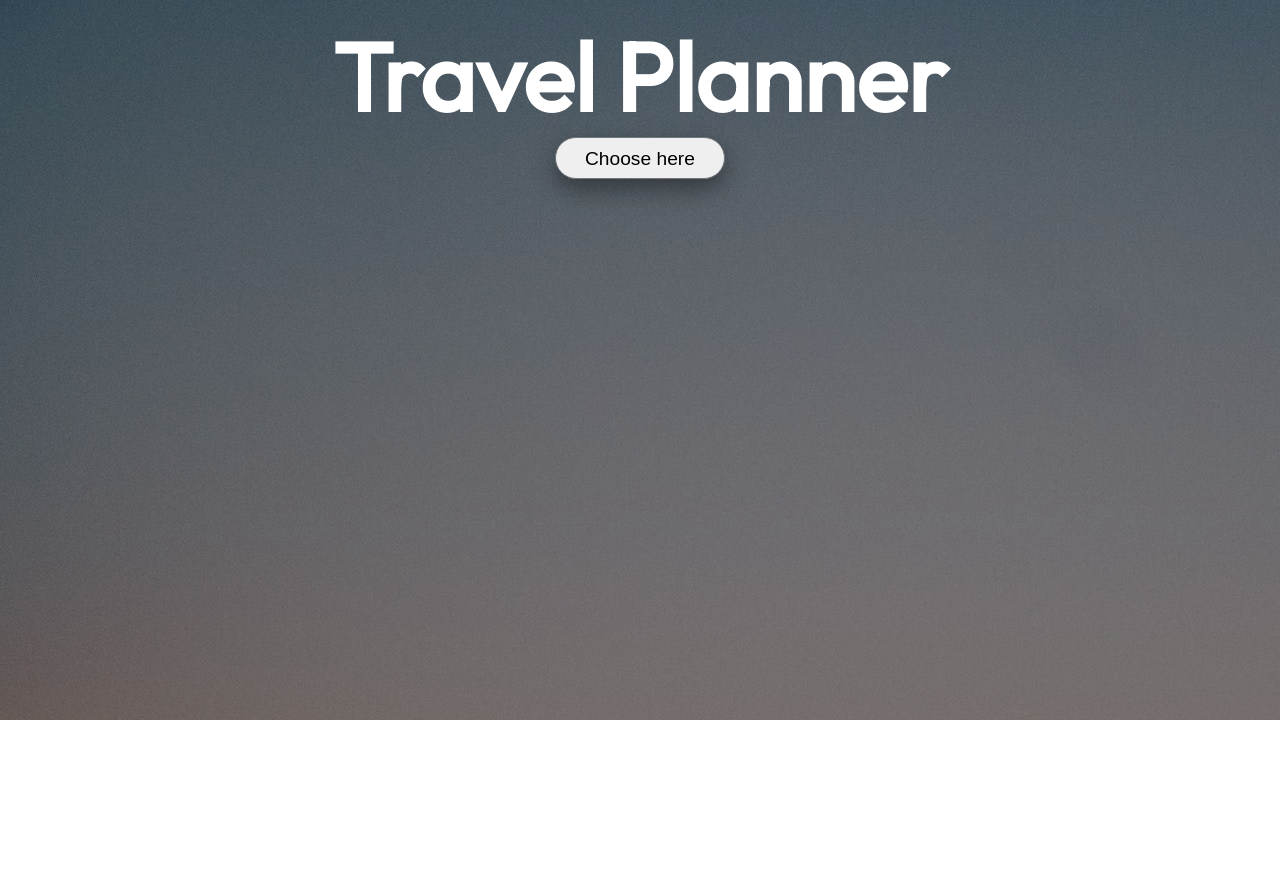
Repository: CPSC2720-LAB-GRP/Travel-Planner
Page: / (app in Travel Planner/client/)
The author's editor kept a copy of each file at every save. The page is drawn from the files as they stood at one save, then again after the next save.
The browser window is 1280 px wide. The pictures show the whole page.
The page's requests for data from a server got no answer. The project was rebuilt for these pictures with package versions that can differ from the ones it lists, and the page was loaded fresh each time. No one was signed in, and anything a server would have sent is missing.

Above is the page before, as saved 2022-08-01 17:29:00.

### Travel Planner/client/src/index.css
@import url('https://fonts.googleapis.com/css2?family=Outfit&display=swap');


* {
  box-sizing: border-box;
  margin: 0;
  padding: 0;
}

body {
  margin: 0;
  font-family: 'Outfit', 'Segoe UI', 'Roboto', 'Oxygen',
    'Ubuntu', 'Cantarell', 'Fira Sans', 'Droid Sans', 'Helvetica Neue',
    sans-serif;
  -webkit-font-smoothing: antialiased;
  -moz-osx-font-smoothing: grayscale;
}

code {
  font-family: source-code-pro, Menlo, Monaco, Consolas, 'Courier New',
    monospace;
}

p {
    font-size: 1.6rem;
}

h1 {
    font-size: 6rem;
}

.app {
    width:100%;
    height: 100vh;
    position: relative;
    background-color: rgba(0, 0, 0, 0.4);
    color: #fff;
}

.app::before {
  content: '';
  background: url('./assets/picture.jpg');
  position: absolute;
  width: 100%;
  height: 100%;
  top: 0;
  left:0;
  z-index: -1;
}

.app .dropdown {
  text-align: center;
  padding: 1rem;
  font-size: 1.2rem;
  border-radius: 25px;
}

select {
  box-shadow: 0 10px 25px rgba(0, 0, 0, 0.4);
  font-size: 1.2rem;
  padding: 0.5em 1.5em;
  border-radius: 25px;
  appearance: none;
}

.app input {
  padding: .7rem 1.5rem;
  font-size: 1.2 rem;
  border-radius: 25px;
}

::placeholder {
  color: #f8f8f8;
}

.container {
  max-width: 700px;
  height: 700px;
  margin: auto;
  padding: 0 1rem;
  position: relative;
  top: 10%;
  display: flex;
  flex-direction: column;
  justify-content: space-between;
}

.app .top {
  width: 100%;
  margin: 1rem auto;
}

.app .bottom {
  display: flex;
  justify-content: space-evenly;
  text-align: center;
  width: 100%;
  margin: 1rem auto;
  padding: 1rem;
  border-radius: 12px;
  background-color: rgba(255, 255, 255, 0.2);
}

.bold {
  font-weight: 700;
}

### Travel Planner/client/src/App.js
import React, { useEffect, useState} from 'react'
import axios from 'axios'

function App() {

  //Location Data and setdata
  const [data, setData] = useState({})

  //location and set location
  const [location, setLocation] = useState(null)

  //call backend API
  useEffect(() => {
    fetch("/api").then(
      response => response.json()
    ).then (
          data => {
            setCities(data.cities)
          }
    )
  }, [])

  //set backend data
  const [cities, setCities] = useState(null);

  //use state for dropdown
  const [value, setValue] = useState(null);

  //set city
  let foundCity = cities&&cities.find(e => e.id === parseInt(value));

  //handle change for dropdown and setting value and city descriptiion
  const handleChange = (e) => {
    const value = (e.target.value);
    setValue(value);

    const foundCity = cities&&cities.find(e => e.id === parseInt(value));

    if (foundCity) {
      console.log(foundCity.name);
      const test = 'https://api.openweathermap.org/data/2.5/weather?q=' + (foundCity.name) +'&appid=26fe08b75a89956ef8e86cf1e40c19a1&units=metric';

      axios.get(test).then((response) => {
        setData(response.data)
      })
    }
  };

  return (
    <div className="app">
            <div className="dropdown">
              <h1 >Travel Planner</h1>
              <div class="custom-select">
                  <select value={value} onChange={handleChange}>
              <option value="" selected disabled hidden>Choose here</option>
                {(!cities) ?(
                <p>Loading...</p>):
                (
                    cities.map((cities, i) => (
                    <option key={i} value={cities.id}>{cities.name}</option>
                ))
                )
              }
              </select>
              </div>
          </div>
          <div className="weatherApp">
            <div className="container">
              <div className="top">
                  <div className="location">
                  <h2>{foundCity && foundCity.name}</h2>
                  </div>
              <div className="temp">
                  {data.main ? <h1>{data.main.temp}°C</h1> :null}
              </div>
              <div className="description">
              <p>{foundCity && foundCity.description}</p>
              </div>
            </div>

              {data.name != undefined &&
                              <div className="bottom">
                              <div className="feels">
                                {data.main ? <p className="bold">{data.main.feels_like}°C</p> : null}
                                  <p>Feels Like</p>
                              </div>
                              <div className="humidity">
                              {data.main ? <p className="bold">{data.main.humidity}%</p> : null}
                            <p>Humidity</p>
                              </div>
                              <div className="wind">
                              {data.main ? <p className="bold">{data.wind.speed}  KMH</p> : null}
                                <p>Wind Speed</p>
                              </div>
                          </div>
              }
            </div>
          </div>
    </div>

  );
}

export default App

Loaded but not shown: Travel Planner/client/public/index.html (common file); Travel Planner/client/src/index.js (common file); Travel Planner/client/src/reportWebVitals.js (common file)

After the next save:
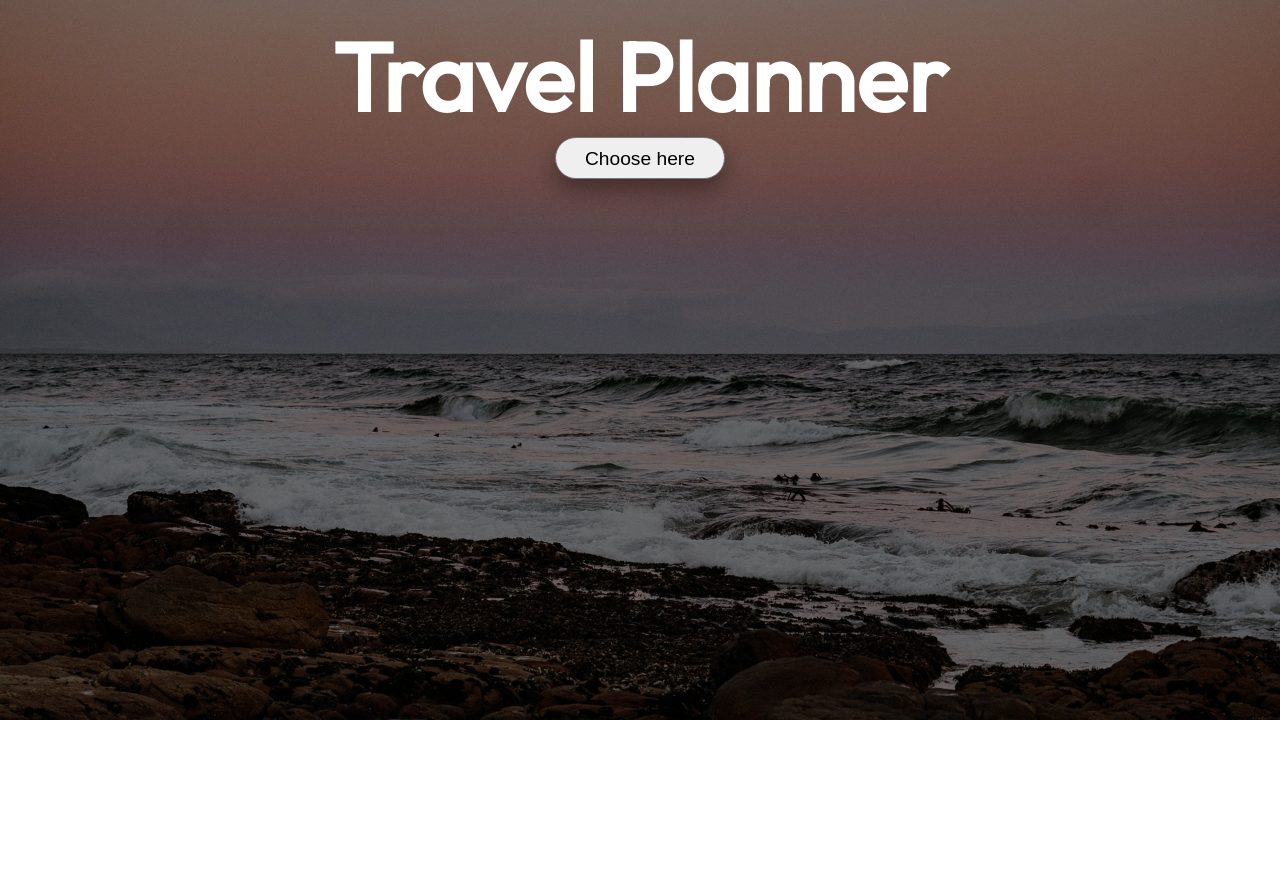
Saved 28 s later.
--- a/Travel Planner/client/src/index.css
+++ b/Travel Planner/client/src/index.css
@@ -39,7 +39,7 @@ h1 {
 
 .app::before {
   content: '';
-  background: url('./assets/picture.jpg');
+  background: url('./assets/picture.jpg') no-repeat center center/cover;
   position: absolute;
   width: 100%;
   height: 100%;
